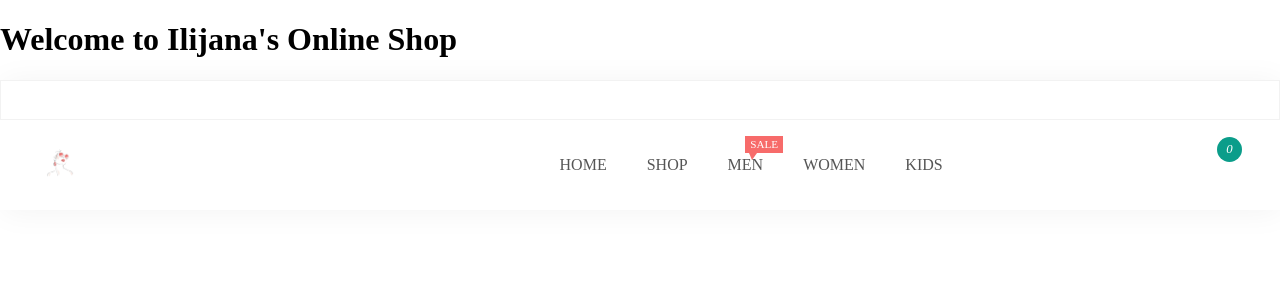
Repository: ilijana123/Proekt1
Page: html.html
The author's editor kept a copy of each file at every save. The page is drawn from the files as they stood at one save, then again after the next save.
The browser window is 1280 px wide. The pictures show the whole page.

Above is the page before, as saved 2023-11-13 02:26:58.
Console error: ReferenceError: $ is not defined

After the next save:
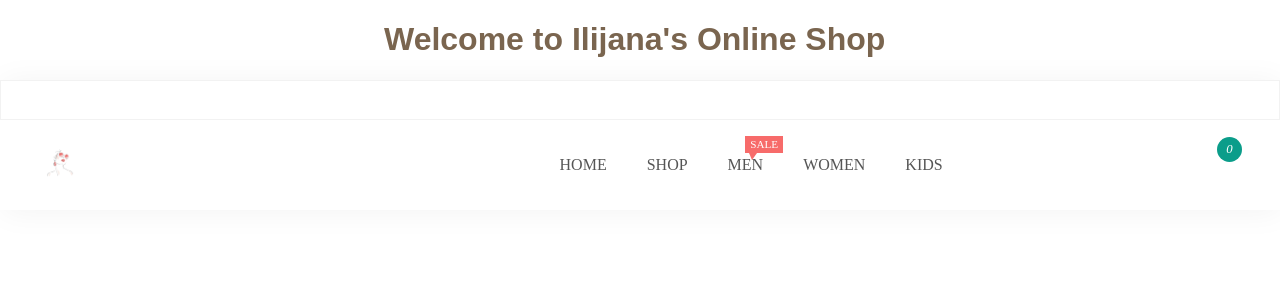
Saved 91 s later.
--- a/1.css
+++ b/1.css
@@ -1,3 +1,9 @@
+h1  {
+    font-family: fantasy;
+    color:rgb(122, 101, 79);
+    position:relative;
+    margin-left: 30%;
+}
 body{
     margin:0px;
     padding: 0px;
